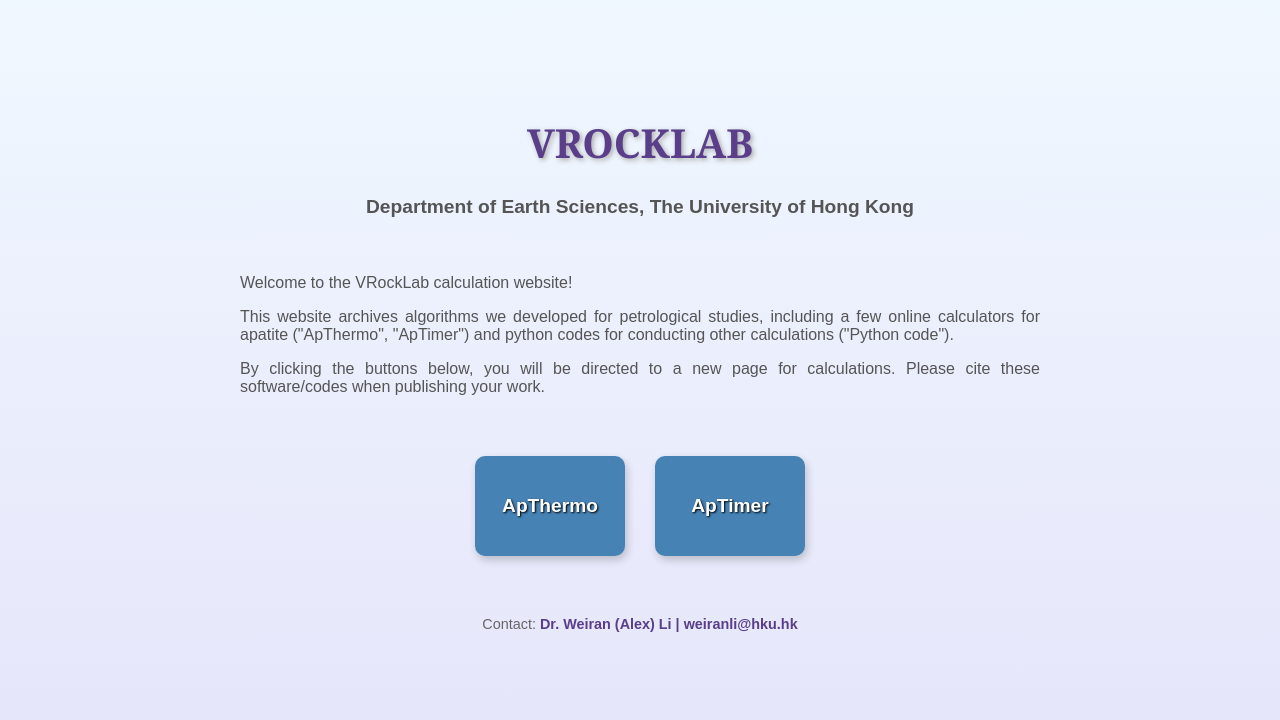
Repository: Abyss2019/home_page
Page: index.html
The author's editor kept a copy of each file at every save. The page is drawn from the files as they stood at one save, then again after the next save.
The browser window is 1280 px wide. The pictures show the whole page.

Above is the page before, as saved 2025-04-06 10:24:13.

### index.html
<!DOCTYPE html>
<html lang="en">
<head>
    <meta charset="UTF-8">
    <meta name="viewport" content="width=device-width, initial-scale=1.0">
    <title>VROCKLAB</title>
    <style>
        body {
            font-family: Arial, sans-serif;
            margin: 0;
            padding: 0;
            /* background-image: url('./bg.webp'); */
            background: linear-gradient(to bottom, #f0f8ff, #e6e6fa);
            color: #333;
            display: flex;
            flex-direction: column;
            align-items: center;
            justify-content: center;
            height: 100vh;
        }

        header {
            text-align: center;
            /* margin-bottom: 30px; */
        }

        header h1 {
            font-size: 2.5em;
            font-family: 'Georgia', serif;
            text-shadow: 2px 2px 5px #aaa;
            color: #5a3e8a;
        }

        header h2 {
            font-size: 1.2em;
            margin-top: 5px;
            color: #555;
        }

        .intro {
            font-size: 1em;
            margin: 20px 0;
            text-align: justify;
            color: #555;
            max-width: 800px;
        }

        .buttons-container {
            display: flex;
            gap: 30px;
            margin: 20px 0;
        }

        .button {
            display: flex;
            align-items: center;
            justify-content: center;
            width: 150px;
            height: 100px;
            background-color: #4682b4;
            border-radius: 10px;
            box-shadow: 2px 4px 8px rgba(0, 0, 0, 0.2);
            color: #fff;
            font-size: 1.2em;
            font-weight: bold;
            text-decoration: none;
            text-shadow: 1px 1px 2px #000;

        }
        .button:hover{
          transform: scale(1.05);
        }

        footer {
            margin-top: 40px;
            font-size: 0.9em;
            color: #666;
            text-align: center;
        }

        footer a {
            color: #5a3e8a;
            text-decoration: none;
            font-weight: bold;
        }

        footer a:hover {
            text-decoration: underline;
        }
    </style>
</head>
<body>
    <header>
        <h1>VROCKLAB</h1>
        <h2>Department of Earth Sciences, The University of Hong Kong</h2>
    </header>

    <div class="intro">
        <div class="intro indent">
        <p>Welcome to the VRockLab calculation website!</p>
        <p>This website archives algorithms we developed for petrological studies, including a few online calculators for apatite ("ApThermo", "ApTimer") and python codes for conducting other calculations ("Python code").</p>
        <p>By clicking the buttons below, you will be directed to a new page for calculations. Please cite these software/codes when publishing your work.</p>
        </div>
    </div>

    <div class="buttons-container">
        <a href="https://vrocklab.hku.hk/ApThermo/" target="_blank" class="button">ApThermo</a>
        <a href="https://vrocklab.hku.hk/ApTimer/" target="_blank" class="button">ApTimer</a>
    </div>

    <footer>
        Contact: <a href="mailto:weiranli@hku.hk">Dr. Weiran (Alex) Li | weiranli@hku.hk</a>
    </footer>
</body>
</html>

After the next save:
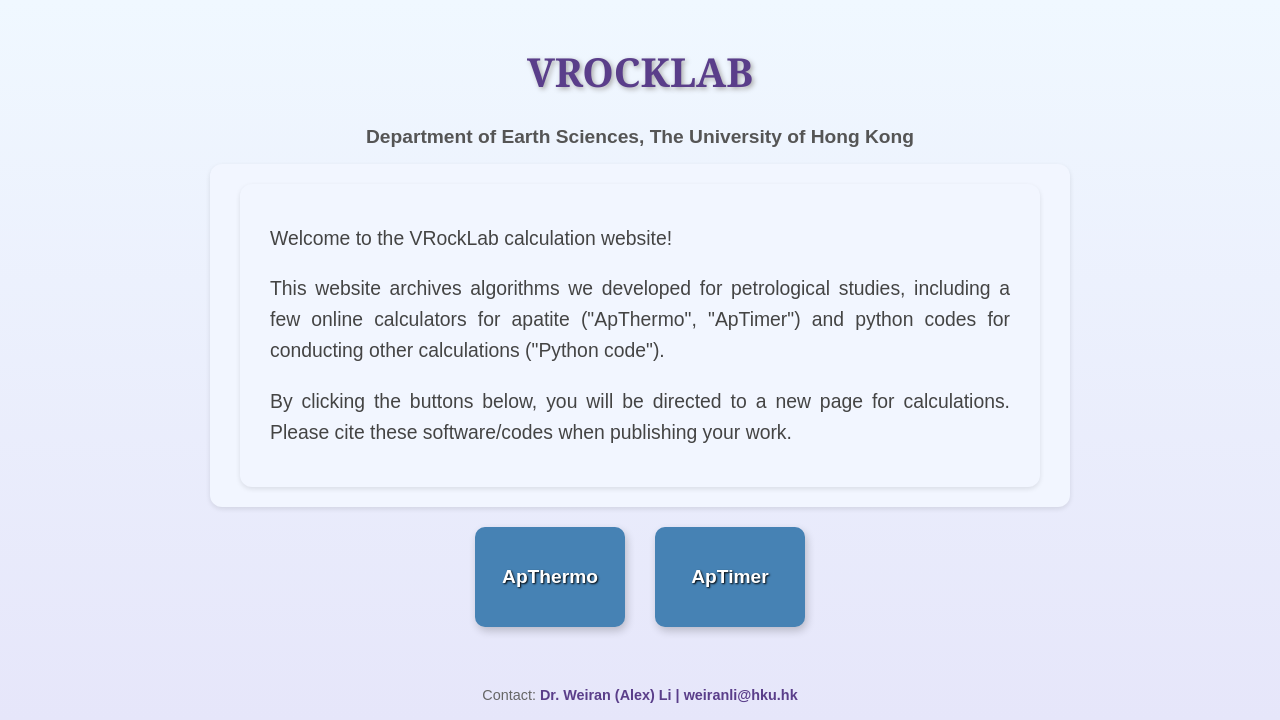
Saved 20 s later.
--- a/index.html
+++ b/index.html
@@ -38,12 +38,17 @@
         }
 
         .intro {
-            font-size: 1em;
-            margin: 20px 0;
-            text-align: justify;
-            color: #555;
-            max-width: 800px;
+        font-size: 1.1em;
+        line-height: 1.6;
+        text-align: justify;
+        color: #444;
+        background-color: #f2f6ff;
+        padding: 20px 30px;
+        border-radius: 12px;
+        box-shadow: 0 2px 5px rgba(0, 0, 0, 0.1);
+        max-width: 800px;
         }
+
 
         .buttons-container {
             display: flex;
